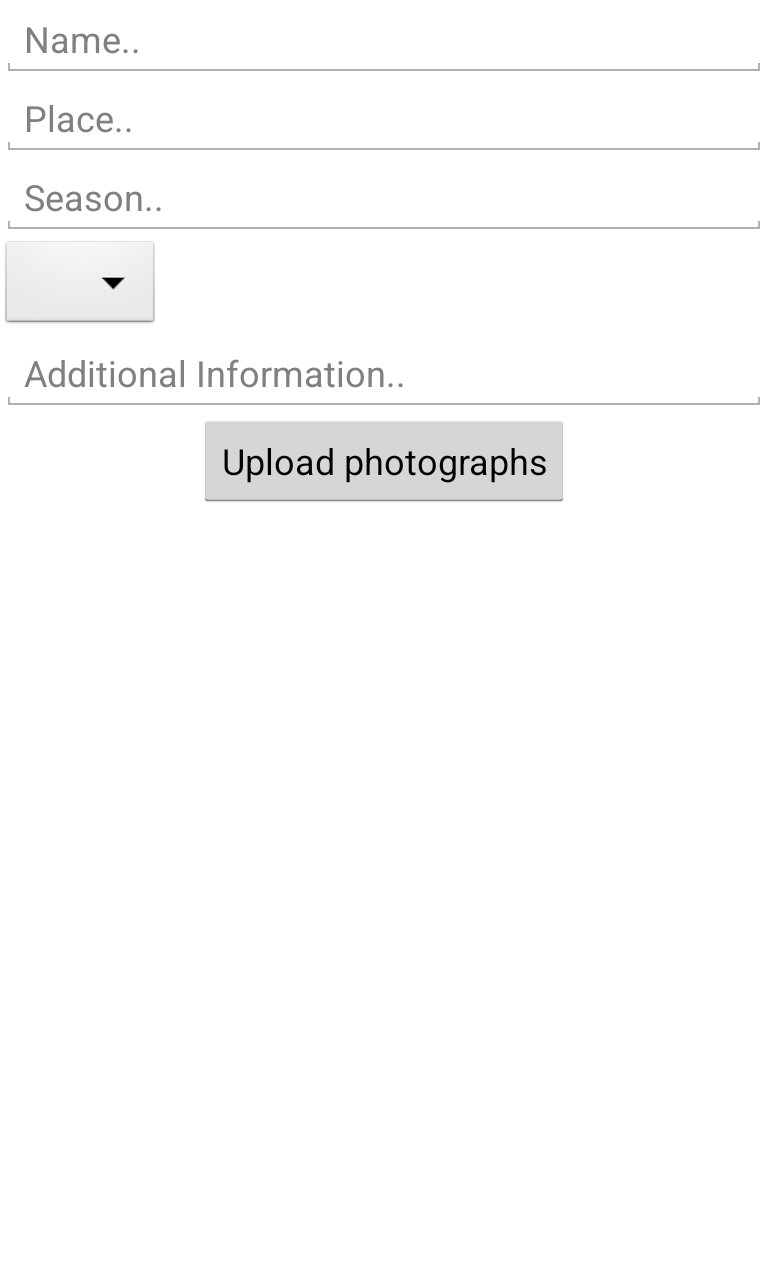
Repository: sandeshshetty/TravelZeus
Layout: TravelZeus/res/layout/fragment_insert_info.xml
An editor plug-in stored every save of this project. The layout is shown before and after the next save, followed by the edit.
It is drawn on a 768 x 1280 px phone screen (xhdpi) without system bars, with theme AppTheme; the app's code is not run.

Above is the layout before, as saved 2015-05-16 23:33:07.

After the next save:
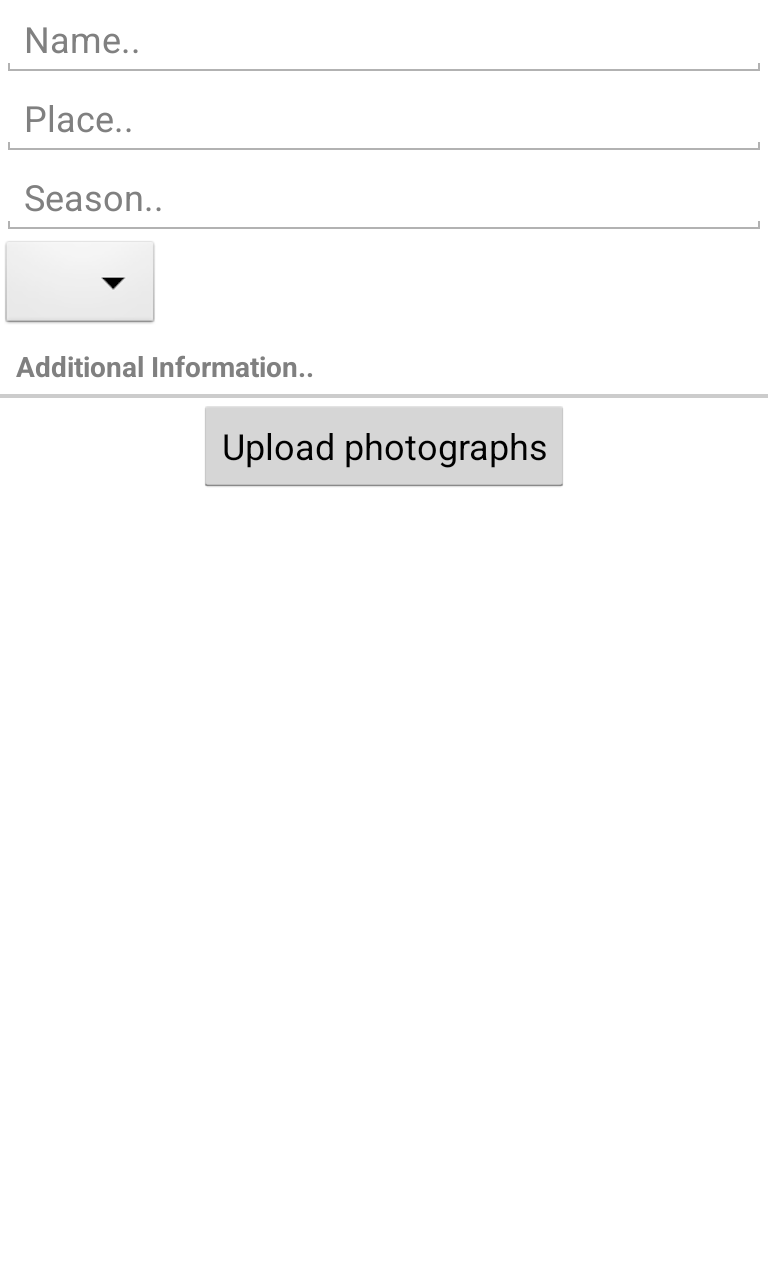
Saved 61 s later.
--- a/TravelZeus/res/layout/fragment_insert_info.xml
+++ b/TravelZeus/res/layout/fragment_insert_info.xml
@@ -35,6 +35,7 @@
 
     <EditText
         android:id="@+id/userComment"
+        style="?android:listSeparatorTextViewStyle"
         android:layout_height="wrap_content"
     	android:layout_width="match_parent"
     	android:hint="Additional Information.."

After the save that followed:
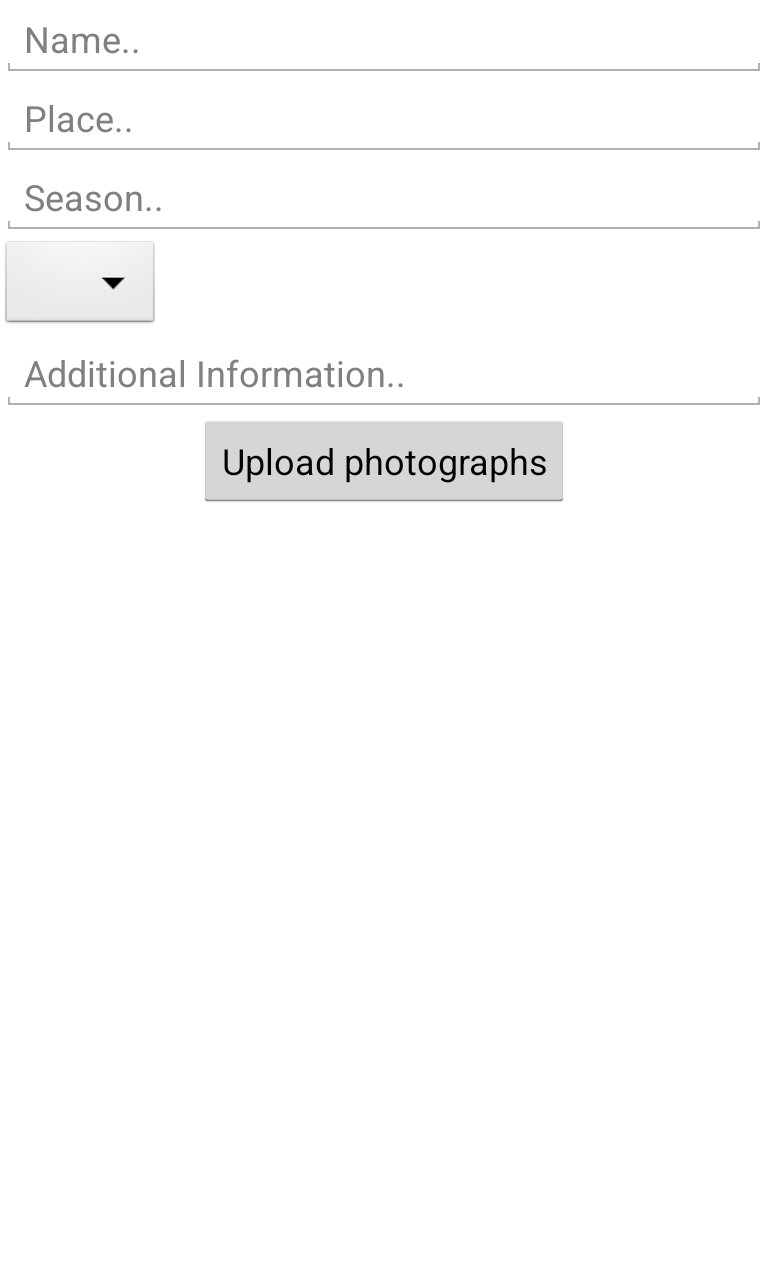
Saved 42 s later.
--- a/TravelZeus/res/layout/fragment_insert_info.xml
+++ b/TravelZeus/res/layout/fragment_insert_info.xml
@@ -35,7 +35,6 @@
 
     <EditText
         android:id="@+id/userComment"
-        style="?android:listSeparatorTextViewStyle"
         android:layout_height="wrap_content"
     	android:layout_width="match_parent"
     	android:hint="Additional Information.."
